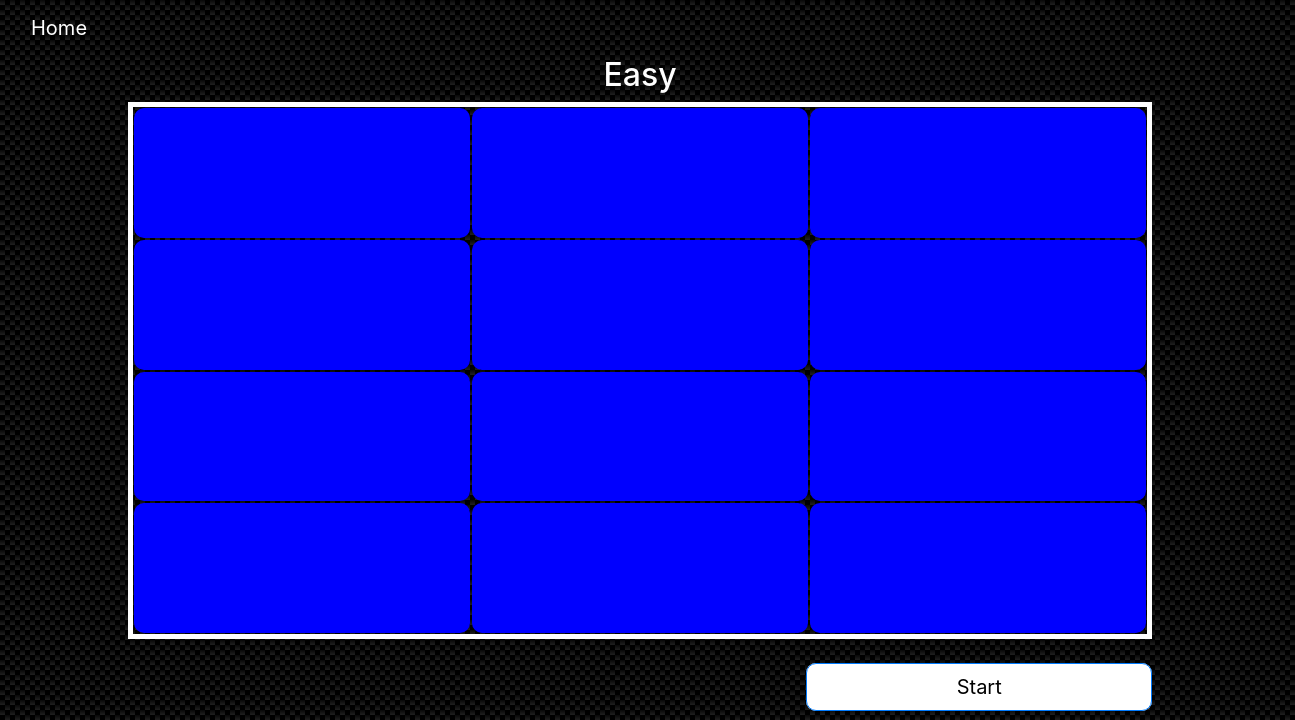
Repository: chrisrees85/memory-block
Page: easy.html
The author's editor kept a record of every edit. The page is drawn from the files as they stood at one moment, then again after the next edit.
The browser window is 1280 px wide. The page is 1295 px wide, so the pictures cover 1295 px, including what lies to the right of the window. The pictures show the whole page.

Above is the page before.

After the next edit:
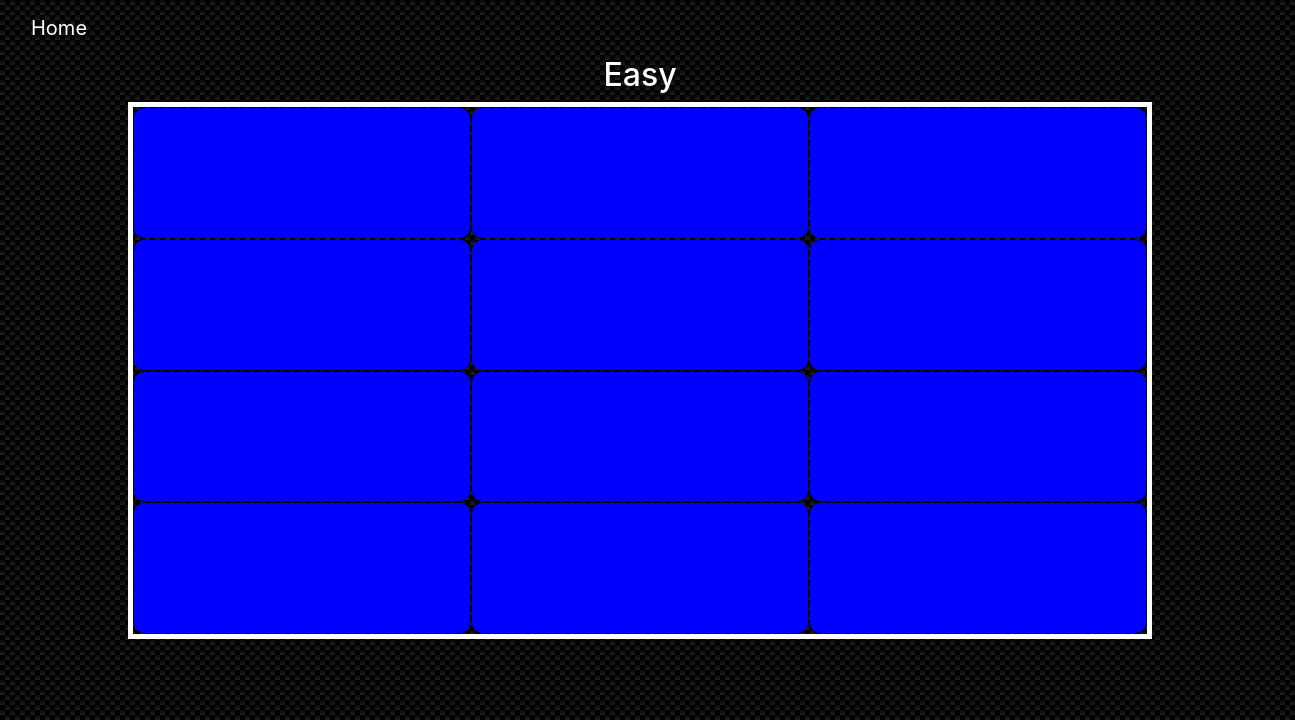
Console error: SyntaxError: Unexpected token '}'
The edit:
--- a/assets/js/scripts.js
+++ b/assets/js/scripts.js
@@ -116,6 +116,8 @@
 function revealAttempt() {
     buttonDiv.innerHTML = '<button type="button" class="btn btn-primary btn-lg" id="play-btn" onclick="location.reload();">New Game</button>';
     function revealCorrect(){
+        setTimeout(revealCorrect, 2000);
+    }
     blocks.forEach(function(it) {
         if ((it.classList.contains('green')) && !(it.classList.contains('marker'))) {
             it.classList.replace('green', 'blue');

After the 2 edits that followed:
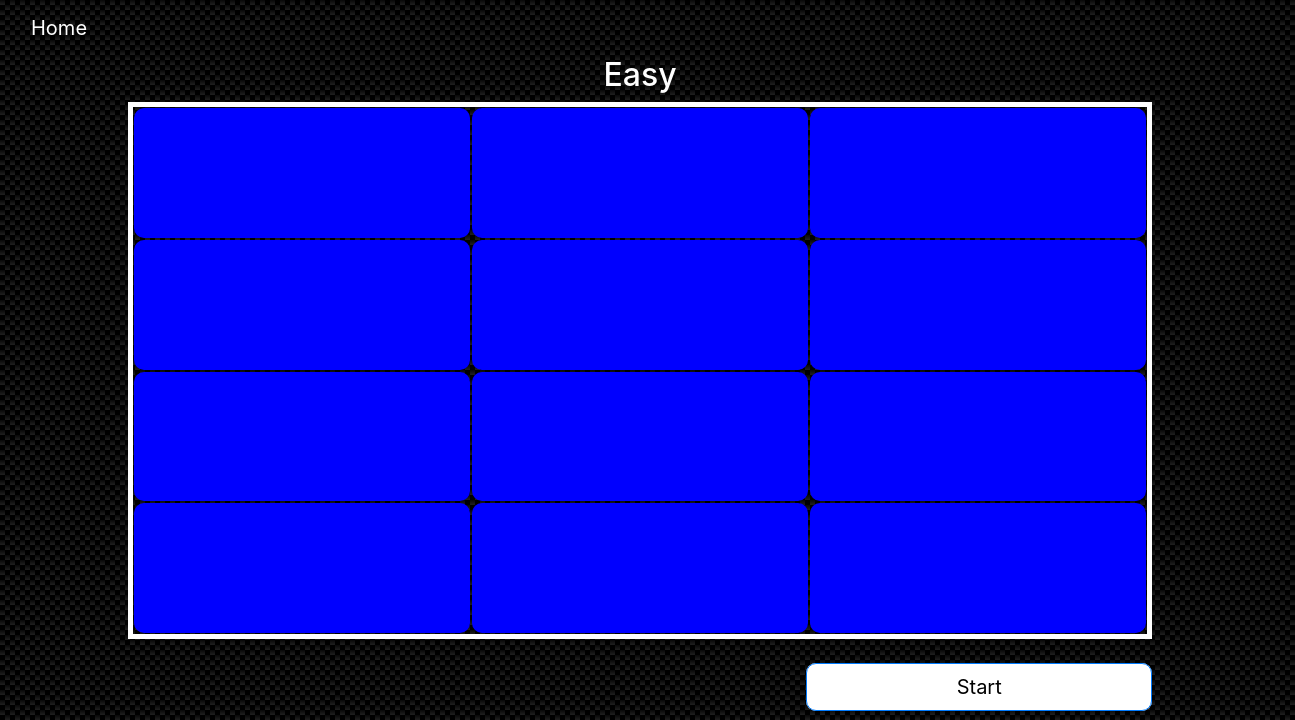
The error is gone.
The 2 edits are shown as one change because 1 left the picture as it was.
The edit:
--- a/assets/js/scripts.js
+++ b/assets/js/scripts.js
@@ -97,7 +97,7 @@
     else {
         document.getElementById('modal-head').textContent = ('SORRY NOT THIS TIME!');
         document.getElementById('modal-text').textContent = ('See why and try again');
-        modalBtn1.innerHTML = '<button type="button" class="btn btn-primary" data-dismiss="modal" onclick="setTimeout(reveal, 2000);;">Reveal</button>';
+        modalBtn1.innerHTML = '<button type="button" class="btn btn-primary" data-dismiss="modal" onclick="revealAttempt();">Reveal</button>';
         modalBtn2.innerHTML = '<button type="button" class="btn btn-primary" data-dismiss="modal" onclick="tryAgain();">Try Again</button>';
     }
     // resets the score to 0 to keep the users attempt accurate
@@ -117,7 +117,6 @@
     buttonDiv.innerHTML = '<button type="button" class="btn btn-primary btn-lg" id="play-btn" onclick="location.reload();">New Game</button>';
     function revealCorrect(){
         setTimeout(revealCorrect, 2000);
-    }
     blocks.forEach(function(it) {
         if ((it.classList.contains('green')) && !(it.classList.contains('marker'))) {
             it.classList.replace('green', 'blue');
